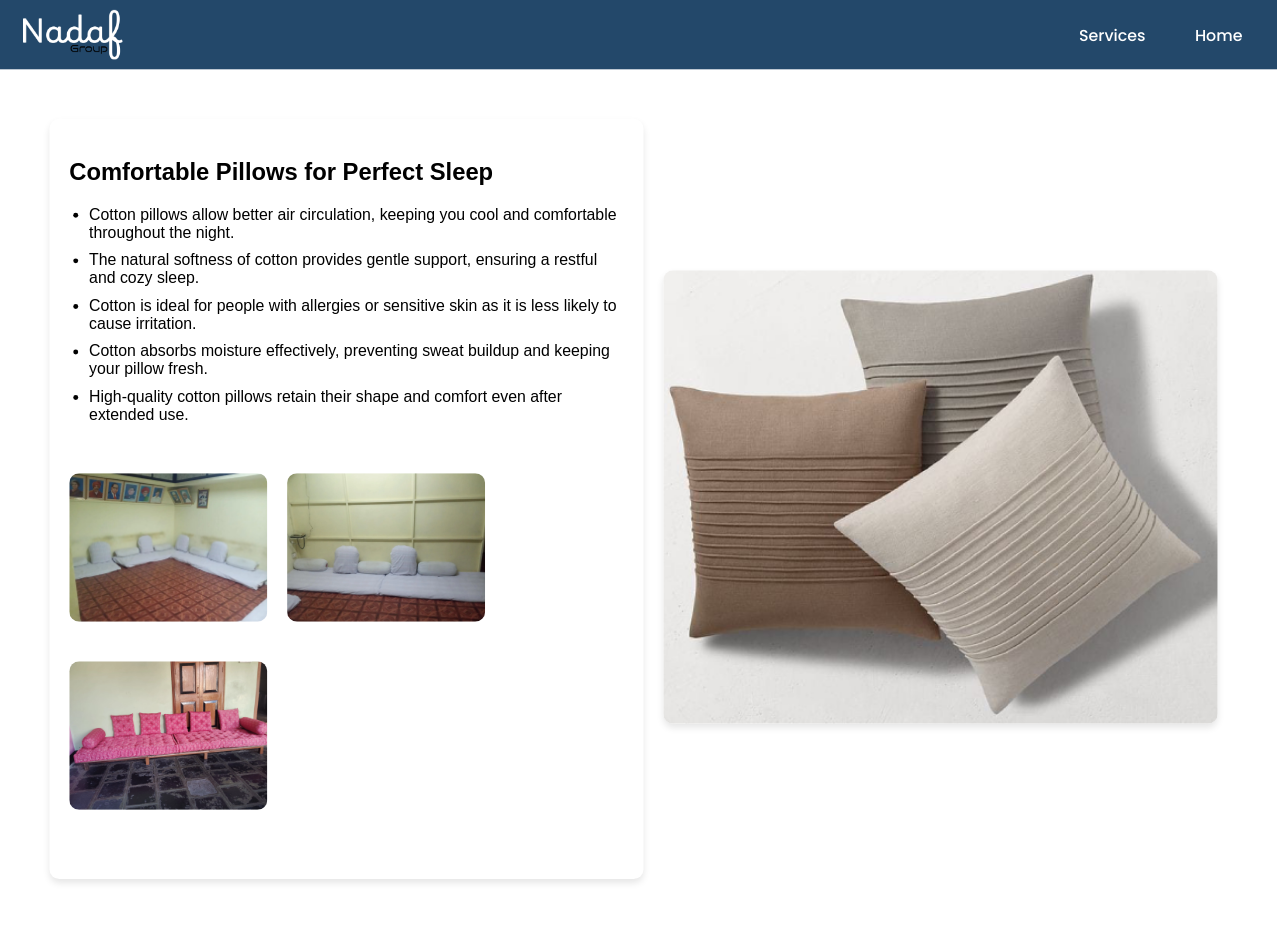
Repository: nadafgroup/rashidgadiUI
Page: src/pillow.html
These files come from the project's save history. The page is drawn as it stood at one moment and after the next save; the edit follows.
The browser window is 1280 px wide. The page is 1290 px wide, so the pictures cover 1290 px, including what lies to the right of the window. The pictures show the whole page, at 99% of full size.

Above is the page before, as saved 2025-01-30 17:15:37.

### src/pillow.html
<!DOCTYPE html>
<html lang="en">
<head>
    <meta charset="UTF-8">
    <meta name="viewport" content="width=device-width, initial-scale=1.0">
    <title>Mattresses</title>
   <link rel="stylesheet" href="./products.css">
</head>
<body>
    <header>

        <div class="logo">
            <img src="../assets/img/logo2.png" class="logo" alt="">
        </div>
        <div class="nav-right">
            <ul>


                <li class="dropdown">
                    <a href="#" class="dropbtn">Services</a>
                    <div class="dropdown-content">
                        <a href="./bed.html">Bed Mattresses</a>
                        <a href="./pillow.html">Pillow Mattresses</a>
                        <a href="./sofa.html">Sofa Mattresses</a>
                        <a href="./repair.html">Mattresses Repair </a>
                        <a href="./rent.html">Mattresses Rent</a>
                        <a href="./furniture.html">Furniture</a>
                    </div>
                </li>
                <li><a href="./home.html">Home</a></li>
            </ul>
        </div>

    </header>

    <div class="container">
        <div class="info">
            <h2>Comfortable Pillows for Perfect Sleep</h2>
            <ul>
                <li>Cotton pillows allow better air circulation, keeping you cool and comfortable throughout the night.</li>
                <li>The natural softness of cotton provides gentle support, ensuring a restful and cozy sleep.                </li>
                <li>Cotton is ideal for people with allergies or sensitive skin as it is less likely to cause irritation.</li>
                <li>Cotton absorbs moisture effectively, preventing sweat buildup and keeping your pillow fresh.</li>
                <li>High-quality cotton pillows retain their shape and comfort even after extended use.</li>

            </ul>
            <div class="rent-gallery">
                <img src="../assets/img/real img/r2.webp" class="rent-img" alt="Gallery Image 1">
                <img src="../assets/img/real img/r3.webp" class="rent-img" alt="Gallery Image 2">
                <img src="../assets/img/real img/r8.webp" class="rent-img" alt="Gallery Image 3">
            </div>
        </div>

        <div class="image-container">
            <img src="../assets/img/pillow.webp" alt="Mattress">
        </div>
    </div>


</body>
</html>

### src/products.css
@font-face {
    font-family: 'poppins';
    src: url('../assets/fonts/Poppins/Poppins-Medium.ttf') format('truetype');
}

@font-face {
    font-family: 'inter';
    src: url('../assets/fonts/Inter/Inter-VariableFont_opsz\,wght.ttf') format('truetype');
}

@font-face {
    font-family: 'Exo';
    src: url('../assets/fonts/Exo2-VariableFont_wght.ttf') format('truetype');
}

body {
    margin: 0;
    padding: 0;
    overflow-x: hidden; /* Prevent horizontal scrolling */
    font-family: Arial, sans-serif;
    display: flex;
    flex-direction: column;
    align-items: center;
    /* background: linear-gradient(to bottom, #f9f9f9, #e0e0e0); */
    height: 100vh;
}

header {
    width: 100%;
    padding: 10px;
    display: flex;
    justify-content: space-between;
    align-items: center;
    background-color: #23486A;
    color: white;
    font-size: 1rem;
}

.nav-right ul {
    display: flex;
    list-style: none;
    margin: 0;
    padding: 0;
}

.nav-right ul li {
    margin: 0 15px;
}

.nav-right ul li a {
    text-decoration: none;
    color: white;
    padding: 10px;
    transition: 0.3s;
    font-family: 'poppins';
}

.nav-right ul li a:hover {
    background-color: #5c6bc0;
    border-radius: 5px;
}

.nav-right ul li.dropdown {
    position: relative;
}

.nav-right ul li.dropdown:hover .dropdown-content {
    display: block;
}

.nav-right ul li .dropdown-content {
    display: none;
    position: absolute;
    background-color: #3f51b5;
    min-width: 160px;
    z-index: 1;
    border-radius: 5px;
}

.nav-right ul li .dropdown-content a {
    padding: 10px;
    color: white;
    text-decoration: none;
    display: block;
}

.nav-right ul li .dropdown-content a:hover {
    background-color: #5c6bc0;
}

.logo {
    width: auto;
    height: 50px;
    margin-left: 10px;
    margin-bottom: 0px;
}

.container {
    display: flex;
    flex-direction: row;
    justify-content: center;
    align-items: center;
    padding: 50px;
    gap: 20px;
}

.info {
    flex: 1;
    padding: 20px;
    background: white;
    border-radius: 10px;
    box-shadow: 0 4px 8px rgba(0, 0, 0, 0.1);
    animation: slideInLeft 1s;
}

.info ul {
    list-style: disc;
    padding-left: 20px;
}

.info ul li {
    margin: 10px 0;
}

.image-container {
    flex: 1;
    animation: slideInRight 1s;
}

.image-container img {
    width: 100%;
    border-radius: 10px;
    box-shadow: 0 4px 8px rgba(0, 0, 0, 0.1);
}

.gallery {
    width: 90%;
    margin: 30px auto;
    display: flex;
    flex-wrap: wrap;
    gap: 10px;
    justify-content: center;
    animation: fadeIn 1.5s;
}

.gallery img {
    width: 200px;
    height: 150px;
    object-fit: cover;
    border-radius: 10px;
    margin: 20px;
    transition: transform 0.3s;
}

.gallery img:hover {
    transform: scale(1.1);
}


.rent-gallery {
    width: 100%;
    display: flex;
    flex-wrap: wrap;
    margin:30px auto ;
    animation: fadeIn 1.5s;
}

.rent-gallery .rent-img {
    width: 200px;
    height: 150px;
    object-fit: cover;
    border-radius: 10px;
    margin: 20px;
    margin-left: 0px;
    /* margin-top: 0px; */
    transition: transform 0.3s;
}

/* Modal Styles */
.modal {
    display: none; /* Hidden by default */
    position: fixed;
    z-index: 1; /* Sit on top */
    left: 0;
    top: 0;
    width: 100%; /* Full width */
    height: 100%; /* Full height */
    overflow: auto;
    background-color: rgb(0, 0, 0); /* Black background with opacity */
    background-color: rgba(0, 0, 0, 0.8); /* Transparent black */
    padding-top: 60px;
}

.modal-content {
    margin: auto;
    display: block;
    width: 80%;
    max-width: 700px;
    border-radius: 10px;
}

.close {
    color: #fff;
    font-size: 40px;
    font-weight: bold;
    position: absolute;
    top: 15px;
    right: 35px;
    cursor: pointer;
    transition: 0.3s;
}

.close:hover,
.close:focus {
    color: #f1f1f1;
    text-decoration: none;
    cursor: pointer;
}

@keyframes fadeIn {
    from { opacity: 0; }
    to { opacity: 1; }
}

@keyframes slideInLeft {
    from { transform: translateX(-100%); }
    to { transform: translateX(0); }
}

@keyframes slideInRight {
    from { transform: translateX(100%); }
    to { transform: translateX(0); }
}

/* Media Queries for Responsiveness */
@media (max-width: 768px) {
    .container {
        flex-direction: column; /* Switch to column layout */
        padding: 20px;
    }

    .info, .image-container {
        flex: none; /* Reset flex behavior */
        width: 100%;
    }

    .gallery img {
        width: 100%; /* Make gallery images take full width on small screens */
        height: auto;
    }
}

@media (max-width: 480px) {
    header {
        flex-direction: column;
        align-items: center;
    }

    .nav-right ul {
        flex-direction: column;
        align-items: center;
    }

    .nav-right ul li {
        margin: 10px 0;
    }

    .logo {
        margin: 10px 0;
    }
}

After the next save:
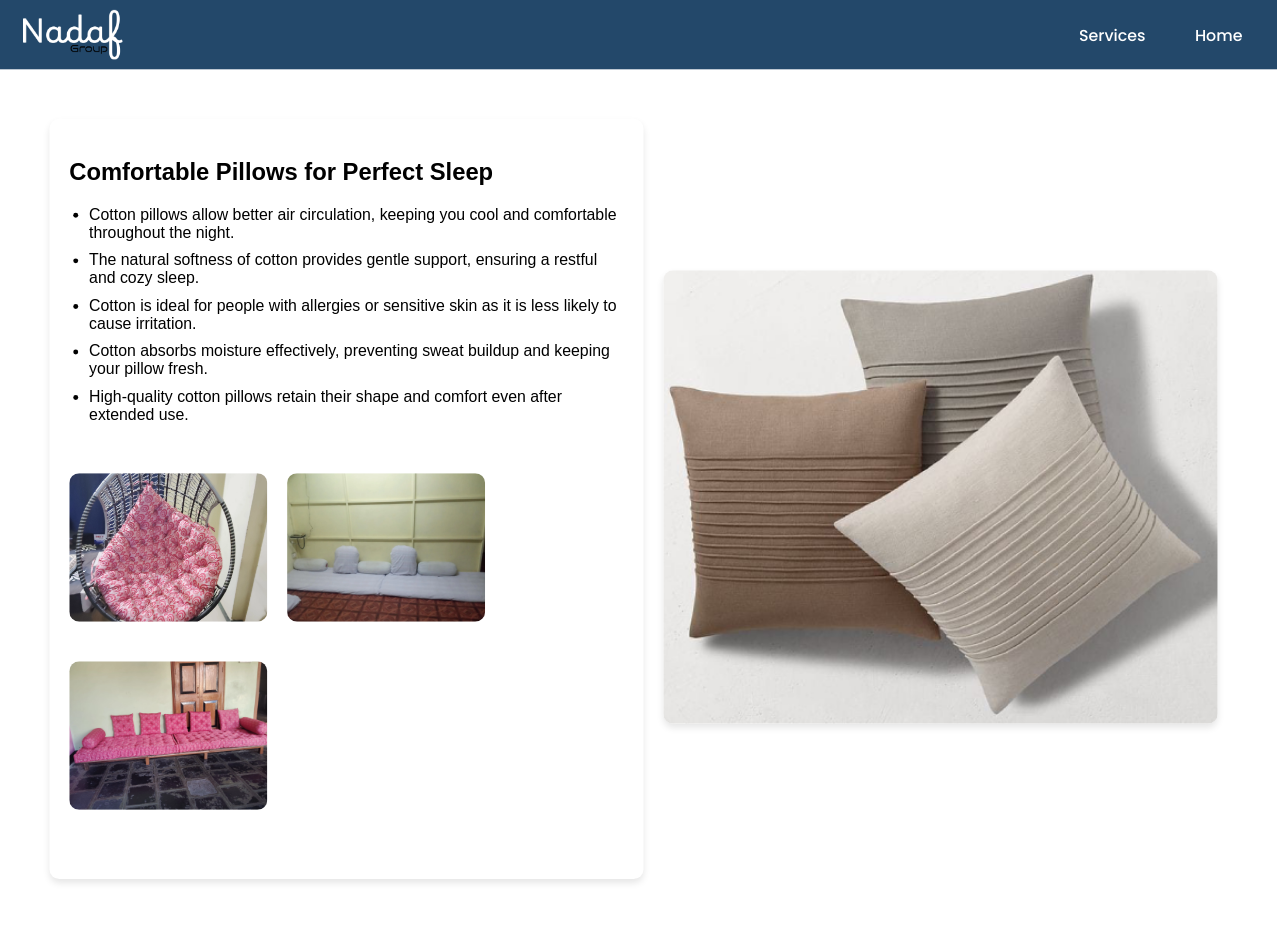
Saved 45 s later.
--- a/src/pillow.html
+++ b/src/pillow.html
@@ -45,7 +45,7 @@
 
             </ul>
             <div class="rent-gallery">
-                <img src="../assets/img/real img/r2.webp" class="rent-img" alt="Gallery Image 1">
+                <img src="../assets/img/real img/r1.webp" class="rent-img" alt="Gallery Image 1">
                 <img src="../assets/img/real img/r3.webp" class="rent-img" alt="Gallery Image 2">
                 <img src="../assets/img/real img/r8.webp" class="rent-img" alt="Gallery Image 3">
             </div>
